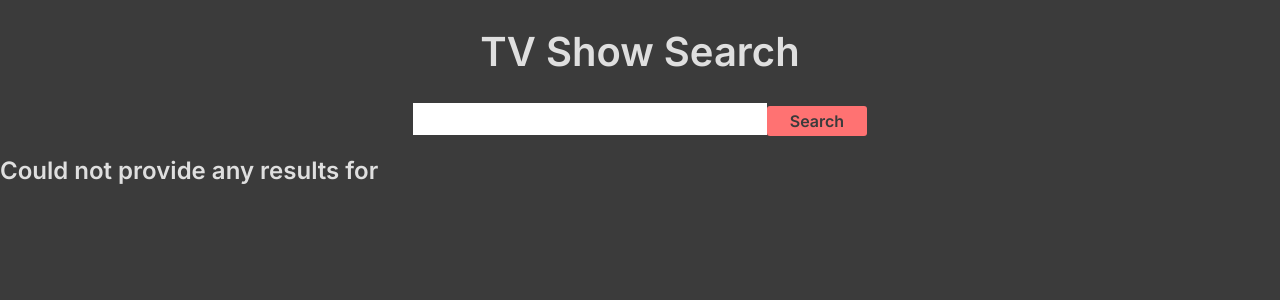
Repository: shayanabedi98/tv-search-react
Page: /
An editor plug-in stored every save of this project. The page is shown before and after the next save, followed by the edit.
The browser window is 1280 px wide. The pictures show the whole page.
The project was rebuilt for these pictures with package versions that can differ from the ones it lists, and the page was loaded fresh each time. Also part of the build but not shown: vite.config.js.

Above is the page before, as saved 2024-01-02 02:41:56.

### index.html
<!doctype html>
<html lang="en">
  <head>
    <meta charset="UTF-8" />
    <link rel="icon" type="image/svg+xml" href="https://www.svgrepo.com/show/503669/tv.svg" />
    <meta name="viewport" content="width=device-width, initial-scale=1.0" />
    <title>TV Show Search | React</title>
  </head>
  <body>
    <div id="root"></div>
    <script type="module" src="/src/main.jsx"></script>
  </body>
</html>

### src/App.jsx
import { useState } from "react";
import { v4 as uuid } from "uuid";
import List from "./List";
import Search from "./Search";

function App() {
  const [input, setInput] = useState();
  const [showList, setShowList] = useState([]);
  const [result, setResult] = useState(false);

  const fetchShow = async () => {
    try {
      if (input) {
        const response = await fetch(
          `https://api.tvmaze.com/search/shows?q=${input}`
        );
        const responseJson = await response.json();
        let newList = [];
        for (let i = 0; i < responseJson.length; i++) {
          if (responseJson[i].show.image) {
            newList.push({
              id: uuid(),
              name: responseJson[i].show.name,
              img: responseJson[i].show.image.medium,
              language: responseJson[i].show.language,
              rating: responseJson[i].show.rating.average,
            });
          }
        }
        setShowList(newList);
        console.log(responseJson);
      }
    } catch (err) {
      console.log(err);
    }
  };

  const handleChange = (e) => {
    setInput(e.target.value);
  };

  const toggleResult = () => {
    setResult(true);
  };

  return (
    <div>
      <Search
        toggleResult={toggleResult}
        fetchShow={fetchShow}
        input={input}
        handleChange={handleChange}
      />
      <List result={result} showList={showList} />
    </div>
  );
}

export default App;

### src/index.css
@import url('https://fonts.googleapis.com/css2?family=Inter:wght@600&display=swap');

body {
  font-family: 'Inter', sans-serif;
  margin: 0;
  padding: 0;
  background-color: rgb(59, 59, 59);
  color: rgb(223, 223, 223);
}

.search {
  margin: 0 auto;
  text-align: center;
  width: 950px;
}

.search h1 {
  font-size: 40px;
}

.search input {
  border: none;
  height: 30px;
  width: 350px;
  font-size: 26px;
  outline: none;
}

.search input:focus {
  outline: 2px grey solid;
}

.search button {
  height: 30px;
  width: 100px;
  font-family: 'Inter', sans-serif;
  border: none;
  background-color: rgb(255, 114, 114);
  color: rgb(59, 59, 59);;
  font-size: 16px;
  border-radius: 3px;
}

### src/List.jsx
import React from "react";

const List = ({ showList, result }) => {
  return (
    <div className="list-container">
        {result ? <h2>Results</h2> : <h2>Could not provide any results for </h2>}
      <div className="list">
        {showList.length > 0 &&
          showList.map((show) => {
            return (
              <div className="card" key={show.id}>
                <h2>{show.name}</h2>
                <img src={show.img} alt={`cover photo of ${show.name}`} />
                <p>
                  <span>Language: </span>
                  {show.language}
                </p>
                <p>
                  {show.rating ? `Rating: ${show.rating}⭐` : "Rating: N/A"}
                </p>
              </div>
            );
          })}
      </div>
    </div>
  );
};

export default List;

### src/Search.jsx
import React from "react";

const Search = ({ fetchShow, input, handleChange, toggleResult }) => {
  return (
    <div className="search">
      <h1>TV Show Search</h1>
      <div className="search-bar">
        <input
          required
          type="text"
          onKeyDown={(e) => e.key === "Enter" && fetchShow()}
          onChange={handleChange}
          value={input}
        />
        <button
          onClick={() => {
            fetchShow();
            toggleResult();
          }}
        >
          Search
        </button>
      </div>
    </div>
  );
};

export default Search;

Loaded but not shown: src/main.jsx (common file)

After the next save:
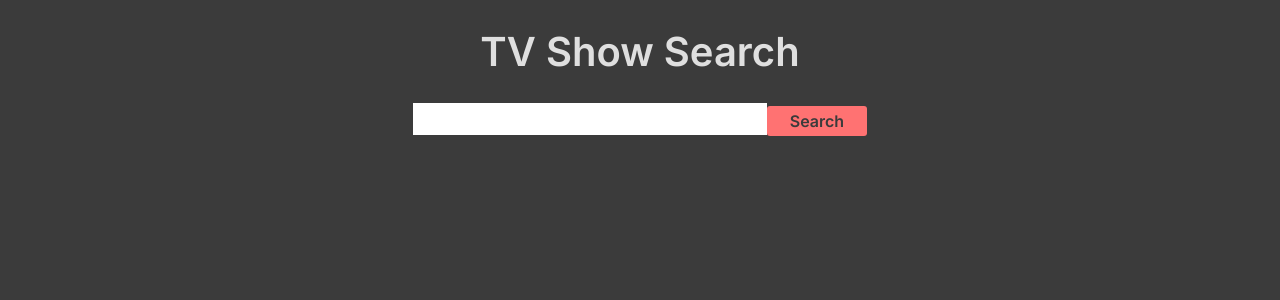
Saved 84 s later.
--- a/src/List.jsx
+++ b/src/List.jsx
@@ -3,7 +3,7 @@ import React from "react";
 const List = ({ showList, result }) => {
   return (
     <div className="list-container">
-        {result ? <h2>Results</h2> : <h2>Could not provide any results for </h2>}
+        {result && <h2>Results</h2> }
       <div className="list">
         {showList.length > 0 &&
           showList.map((show) => {
